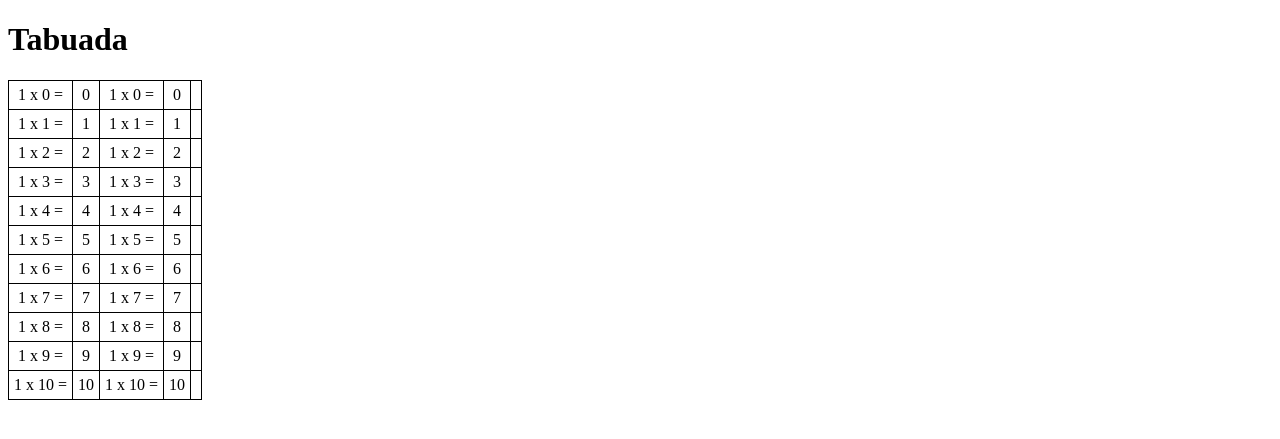
Repository: JulioCesarSF/Java
Page: http://localhost/Exercicio_02-JSPs/tabuada.jsp
These files come from the project's save history. The page is drawn as it stood at one moment and after the next save; the edit follows.
The browser window is 1280 px wide. The pictures show the whole page.
The page is served by Tomcat 9. Other server files are loaded and not shown.

Above is the page before, as saved 2016-08-17 18:22:28.

### ProjetosFaculdade/Thiago/Exercicio_02-JSPs/WebContent/tabuada.jsp
<%@page import="org.apache.jasper.tagplugins.jstl.core.Out"%>
<%@ page language="java" contentType="text/html; charset=ISO-8859-1"
	pageEncoding="ISO-8859-1"%>
<!DOCTYPE html PUBLIC "-//W3C//DTD HTML 4.01 Transitional//EN" "http://www.w3.org/TR/html4/loose.dtd">
<html>
<head>
<meta http-equiv="Content-Type" content="text/html; charset=ISO-8859-1">
<title>Tabuada</title>
<link rel="" type="">
<link rel="stylesheet" type="text/css" href="estilo.css">
</head>
<body>
	<div>
		<h1>Tabuada</h1>
	</div>

	<table>
		<!-- 1 -->
		<%
			int n = 1;
			int r = 0;
			for (int i = 0; i < 11; i++) {
				r = n * i;
				System.out.println(n + " x " + n + " = " + r);
		%>

		<tr>
			<td><%=n%> x <%=i%> =</td>
			<td><%=r%>

			<td><%=n%> x <%=i%> =</td>
			<td><%=r%>

			<td>
		</tr>

		<%
			}
		%>

	</table>

</body>
</html>

### ProjetosFaculdade/Thiago/Exercicio_02-JSPs/WebContent/estilo.css
table{
	border-collapse: collapse;
}

td{
	border: 1px solid black;
	padding: 5px;
	text-align: center;
}

After the next save:
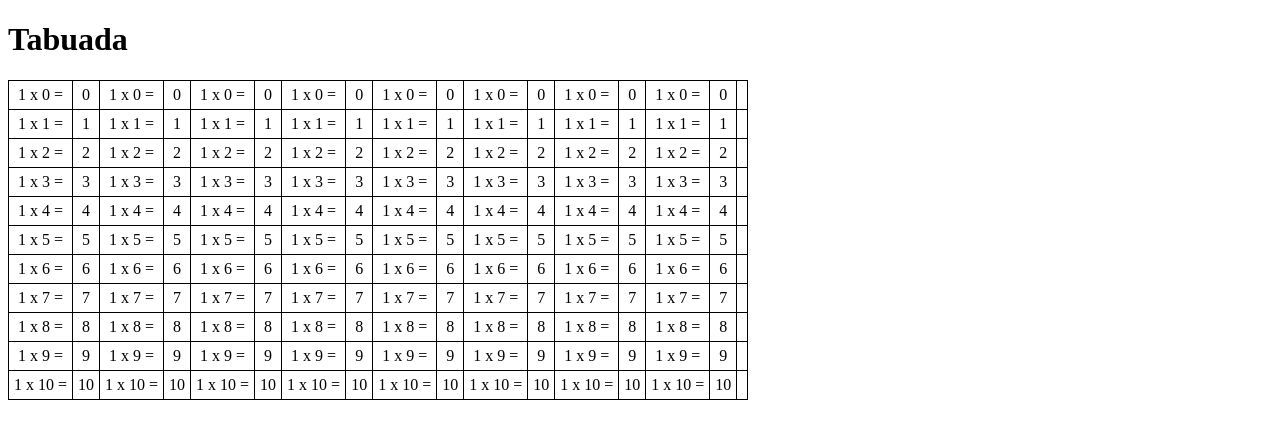
Saved 36 s later.
--- a/ProjetosFaculdade/Thiago/Exercicio_02-JSPs/WebContent/tabuada.jsp
+++ b/ProjetosFaculdade/Thiago/Exercicio_02-JSPs/WebContent/tabuada.jsp
@@ -31,6 +31,24 @@
 			<td><%=n%> x <%=i%> =</td>
 			<td><%=r%>
 
+			<td><%=n%> x <%=i%> =</td>
+			<td><%=r%>
+
+			<td><%=n%> x <%=i%> =</td>
+			<td><%=r%>
+
+			<td><%=n%> x <%=i%> =</td>
+			<td><%=r%>
+
+			<td><%=n%> x <%=i%> =</td>
+			<td><%=r%>
+
+			<td><%=n%> x <%=i%> =</td>
+			<td><%=r%>
+
+			<td><%=n%> x <%=i%> =</td>
+			<td><%=r%>
+
 			<td>
 		</tr>
 
